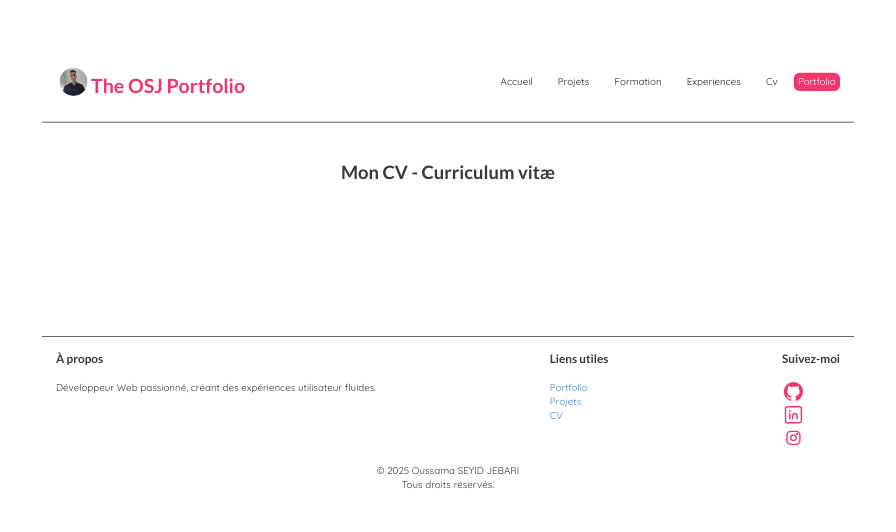
Repository: OussamSJ/Portfolio
Page: /cv
These files come from the project's save history. The page is drawn as it stood at one moment and after the next save; the edit follows.
The browser window is 1280 px wide. The pictures show the part of the page from y = 0 to 1920 px (the page is 760 px tall before and 2836 px after), at 70% of full size.
The project was rebuilt for these pictures with package versions that can differ from the ones it lists, and the page was loaded fresh each time. Also part of the build but not shown: src/BlogList.js, src/Random.js, src/Home.js, src/Expcomponent.js, src/Experiences.js, src/FormationComponent.js, src/Formation.js.

Above is the page before, as saved 2025-05-10 11:51:47.

### public/index.html
<!DOCTYPE html>
<html lang="en">
  <head>
    <meta charset="utf-8" />
    <link rel="icon" href="%PUBLIC_URL%/Logo-Devloper.png" />
    <meta name="viewport" content="width=device-width, initial-scale=1" />
    <meta name="theme-color" content="#000000" />
    <meta
      name="description"
      content="Web site created using create-react-app"
    />
    <link rel="apple-touch-icon" href="%PUBLIC_URL%/logo192.png" />
    <!--
      manifest.json provides metadata used when your web app is installed on a
      user's mobile device or desktop. See https://developers.google.com/web/fundamentals/web-app-manifest/
    -->
    <link rel="manifest" href="%PUBLIC_URL%/manifest.json" />
    <!--
      Notice the use of %PUBLIC_URL% in the tags above.
      It will be replaced with the URL of the `public` folder during the build.
      Only files inside the `public` folder can be referenced from the HTML.

      Unlike "/favicon.ico" or "favicon.ico", "%PUBLIC_URL%/favicon.ico" will
      work correctly both with client-side routing and a non-root public URL.
      Learn how to configure a non-root public URL by running `npm run build`.
    -->
    <title>Portfolio App</title>
  </head>
  <body>
    <noscript>You need to enable JavaScript to run this app.</noscript>
    <div id="root"></div>
    <!--
      This HTML file is a template.
      If you open it directly in the browser, you will see an empty page.

      You can add webfonts, meta tags, or analytics to this file.
      The build step will place the bundled scripts into the <body> tag.

      To begin the development, run `npm start` or `yarn start`.
      To create a production bundle, use `npm run build` or `yarn build`.
    -->
  </body>
</html>

### src/index.js
import React from 'react';
import ReactDOM from 'react-dom/client';
import './index.css';
import App from './App';
import reportWebVitals from './reportWebVitals';
import 'semantic-ui-css/semantic.min.css'

const root = ReactDOM.createRoot(document.getElementById('root'));
root.render(
  <React.StrictMode>
    <App />
  </React.StrictMode>
);

// If you want to start measuring performance in your app, pass a function
// to log results (for example: reportWebVitals(console.log))
// or send to an analytics endpoint. Learn more: https://bit.ly/CRA-vitals
reportWebVitals();

### src/index.css
@import url('https://fonts.googleapis.com/css2?family=Quicksand:wght@300;400;500;600;700&display=swap');
@tailwind base;
@tailwind components;
@tailwind utilities;

/* base styles */
* {
  margin: 0;
  font-family: -apple-system, BlinkMacSystemFont, 'Segoe UI', 'Roboto', 'Oxygen',
    'Ubuntu', 'Cantarell', 'Fira Sans', 'Droid Sans', 'Helvetica Neue',
    sans-serif;
  -webkit-font-smoothing: antialiased;
  -moz-osx-font-smoothing: grayscale;
  font-family: "Quicksand";
  color: #3b3737;
}

code {
  font-family: source-code-pro, Menlo, Monaco, Consolas, 'Courier New',
    monospace;
}
.navbar {
  padding: 20px;
  display: flex;
  align-items: center;
  max-width: 1200px;
  margin: 0 auto;
  border-bottom: 1px solid #212020;

}
.navbar h1 {
  color: #f1356d;
}
.navbar .links {
  margin-left: auto;
}
.navbar a {
  margin-left: 16px;
  text-decoration: none;
  padding: 6px;
}
.navbar img {
 width: 40px;
 height: 40px;
 margin: 5px ;
 object-fit: cover;       /* remplit et rogne si besoin */
 border-radius: 50%;      /* transforme le carré en cercle */
 display: block;
}
.navbar a:hover {
  color: #f1356d;
}


/* Responsive: cache les liens sur mobile */
.desktop-only {
  display: flex;
}

.mobile-toggle {
  display: none;
  margin-left: auto;
  cursor: pointer;
}

/* Responsive behavior */
@media (max-width: 768px) {
  .desktop-only {
    display: none;
  }

  .mobile-toggle {
    display: block;
  }
}
.content {
  max-width: 1200px;
  margin: 40px auto;
  padding: 20px;
}


.couverture {
  background-image:
  url("/public/couverture-portfolio.png");
background-size:cover;        /* couvre tout le conteneur sans déformation */
background-position: center;   /* centre l’image */
background-repeat: no-repeat;  /* pas de répétition */

height: 100%;
width: 100%;

color: white;
font-family: 'Orbitron', sans-serif; /* une police géométrique, proche de celle utilisée */
}





.couverture h1 {
  margin-top: 20px auto;
  margin-right: 50px;
  align-items: center;
  text-align: center;
  color: aliceblue;
text-align: right;
justify-self: right;
  font-family: 'Agrandir Grand', sans-serif; /* une police futuriste */
}








.portfolio-footer {
  justify-content: space-between;
  display: flex;
  padding: 20px;
  border-top: 1px solid #212020;
}

.card-title{
  margin-bottom:  20px;

  padding: 0;
  font-size: 1.2rem;

}
.social-links a{
  list-style: none;
  text-decoration: none;
  margin-left: auto;
  text-align: left;

}
.social-links img{
 width: 40%;
 height: 40%;
}


ul {
  list-style-type: none;
  padding: 0; /* Supprime le retrait par défaut */
  margin: 0;  /* Supprime la marge par défaut */
}
.social-links a:hover {
  color: #f1356d;
}

.footer-bottom {
  display: block;
  text-align: center;
  }

  ul li {
    text-align: left;

  }



  .not-found {
    justify-content: center;
    align-items: center;
    text-align: center;
    height: 50vh;
    margin-top: 200px;
    font-size: 3rem;
  }


  img-couverture {
    width: 100%;
    height: 100%;
    justify-content: flex-end;
    align-items: center;
    object-fit:fill; /* Remplit l'élément sans déformation */
    border-radius: 50%; /* Transforme le carré en cercle */
    display: flex;
  }

### src/App.js
import React from 'react';
import { BrowserRouter, Routes, Route } from 'react-router-dom';
import ReactDOM from 'react-dom/client';
import Home from './Home';
import Navbar from './Navbar'; // Si vous avez une barre de navigation
import Cv from './Cv'; // Si vous avez une page de CV
import Footbar from './Footbar';
import Experiences from './Experiences';
import Formation from './Formation';

function App() {
  return (
    <BrowserRouter>
      <div className="App">
        <div className='content'>
          <Routes>
            <Route path="/" element={<Home />} />
            <Route path="/cv" element={<Cv />} />
            <Route path="/experiences-professionnelle" element={<div ><Navbar/> <Experiences /><Footbar/></div>} />
            <Route path="/formation" element={<div ><Navbar/> <Formation /><Footbar/></div>} />
            <Route path="*" element={
              <div >
                <Navbar />
                <h1 className='not-found' >Page introuvable</h1>
                <Footbar />
              </div>
            } />
          </Routes>
        </div>
      </div>
    </BrowserRouter>
  );
}

export default App;

### src/Navbar.js
import React, { Component } from 'react';
import { Menu, MenuItem, MenuMenu, Icon, Sidebar, Segment } from 'semantic-ui-react';

class Navbar extends Component {
  state = {
    activeItem: 'home',
    sidebarVisible: false,
  };

  handleItemClick = (e, { name }) => this.setState({ activeItem: name });

  toggleSidebar = () => {
    this.setState(prev => ({ sidebarVisible: !prev.sidebarVisible }));
  };

  render() {
    const { activeItem, sidebarVisible } = this.state;

    return (
      <>
        {/* Top Nav */}
        <nav className="navbar">
          <img src="photo-portfolio.jpg" alt="logo" className="logo" />
          <h1>The OSJ Portfolio</h1>
          <div className="mobile-toggle" onClick={this.toggleSidebar}>
            <Icon name="bars" size="large" />
          </div>
          <div className="links desktop-only">
            <Menu secondary>
              <MenuItem name='accueil' active={activeItem === 'accueil'} onClick={this.handleItemClick} as="a" href="/" />
              <MenuItem name='projets' active={activeItem === 'projets'} onClick={this.handleItemClick} as="a" href="/projets" />
              <MenuItem name='formation' active={activeItem === 'formation'} onClick={this.handleItemClick} as="a" href="/formation" />
              <MenuItem name='expériences' active={activeItem === 'expériences'} onClick={this.handleItemClick} as="a" href="/experiences-professionnelle" />
              <MenuItem name='cv' active={activeItem === 'cv'} onClick={this.handleItemClick} as="a" href="/cv" />
              <MenuMenu position='right'>
                <MenuItem
                  name='portfolio'
                  active={activeItem === 'portfolio'}
                  onClick={this.handleItemClick}
                  as="a"
                  href="/"
                  style={{
                    color: 'white',
                    backgroundColor: '#f1356d',
                    borderRadius: '8px',
                    padding: '6px',
                  }}
                />
              </MenuMenu>
            </Menu>
          </div>
        </nav>

        {/* Sidebar for mobile */}
        <Sidebar
          as={Menu}
          animation='overlay'
          icon='labeled'
          inverted
          vertical
          visible={sidebarVisible}
          width='thin'
          direction='right'
        >
          <MenuItem as="a" href="/" onClick={this.toggleSidebar}>Accueil</MenuItem>
          <MenuItem as="a" href="/projets" onClick={this.toggleSidebar}>Projets</MenuItem>
          <MenuItem as="a" href="/formation" onClick={this.toggleSidebar}>Formation</MenuItem>
          <MenuItem as="a" href="/experiences-professionnelle" onClick={this.toggleSidebar}>Expériences</MenuItem>
          <MenuItem as="a" href="/cv" onClick={this.toggleSidebar}>CV</MenuItem>
          <MenuItem as="a" href="/" onClick={this.toggleSidebar} style={{ backgroundColor: '#f1356d', color: 'white', borderRadius: '8px' }}>Portfolio</MenuItem>
        </Sidebar>
      </>
    );
  }
}

export default Navbar;

### src/Cv.js
import Navbar from "./Navbar";
import Footbar from "./Footbar";

const Cv = () => {
  return (
    <div className="CV">
      <Navbar />
      <h1 className="text-3xl font-bold text-center mb-8"> <br/>Mon CV - Curriculum vitæ</h1>

      <div style={{ height: '100%', padding: '20px' }}>
        <iframe
          src="cv.pdf" // Placez le fichier dans le dossier `public/`
          width="100%"
          height="100%"
          title="CV PDF"
          style={{ border: 'none', display: 'block', margin: '0 auto' ,  maxWidth: '100%', maxHeight: '100%'}}
        />
      </div>

      <Footbar />
    </div>
  );
};

export default Cv;

### src/Footbar.js

const Footbar = () => {
  return (
  <div className="footbar">
   <footer class="portfolio-footer">

    <div class="card-deck">
    <div class="card">
      <div class="card-body">
        <h4 class="card-title">À propos</h4>
        <p class="card-text">Développeur Web passionné, créant des expériences utilisateur fluides.</p>
      </div>
    </div>
    </div>

    <div class="card-deck">
    <div class="card">
      <div class="card-body">
        <h4 class="card-title">Liens utiles</h4>
        <ul class="social-links" >
        <li><a href="#">Portfolio</a></li>
        <li><a href="#">Projets</a></li>
        <li><a href="#">CV</a></li>
      </ul>
      </div>
    </div>
    </div>

    <div class="card-deck">
    <div class="card">
      <div class="card-body">
        <h4 class="card-title">Suivez-moi</h4>
        <ul class="social-links">
        <li><a href="https://github.com/OussamSJ#"> <img  src="github.svg"  alt="GitHub"></img></a></li>
        <li><a href="https://www.linkedin.com/in/oussama-sj/  "> <img src="linkedin.svg" alt="LinkedIn"></img></a></li>
        <li><a href="https://www.instagram.com/oussama.sj/"> <img src="instagram.svg" alt="Instagram"></img></a></li>
      </ul>
      </div>
    </div>
    </div>

   </footer>
    <div class="footer-bottom">
    <p>© 2025 Oussama SEYID JEBARI <br/> Tous droits réservés.</p>
    </div>

  </div>

  );
}

export default Footbar;

### tailwind.config.js
/** @type {import('tailwindcss').Config} */
module.exports = {
  content: [  "./src/**/*.{js,ts,jsx,tsx}",],
  theme: {
    extend: {
      colors: {
        primary: '#f1356d', // Exemple
      },
    },
  },
  plugins: [],
}

Loaded but not shown: src/reportWebVitals.js (common file)

After the next save:
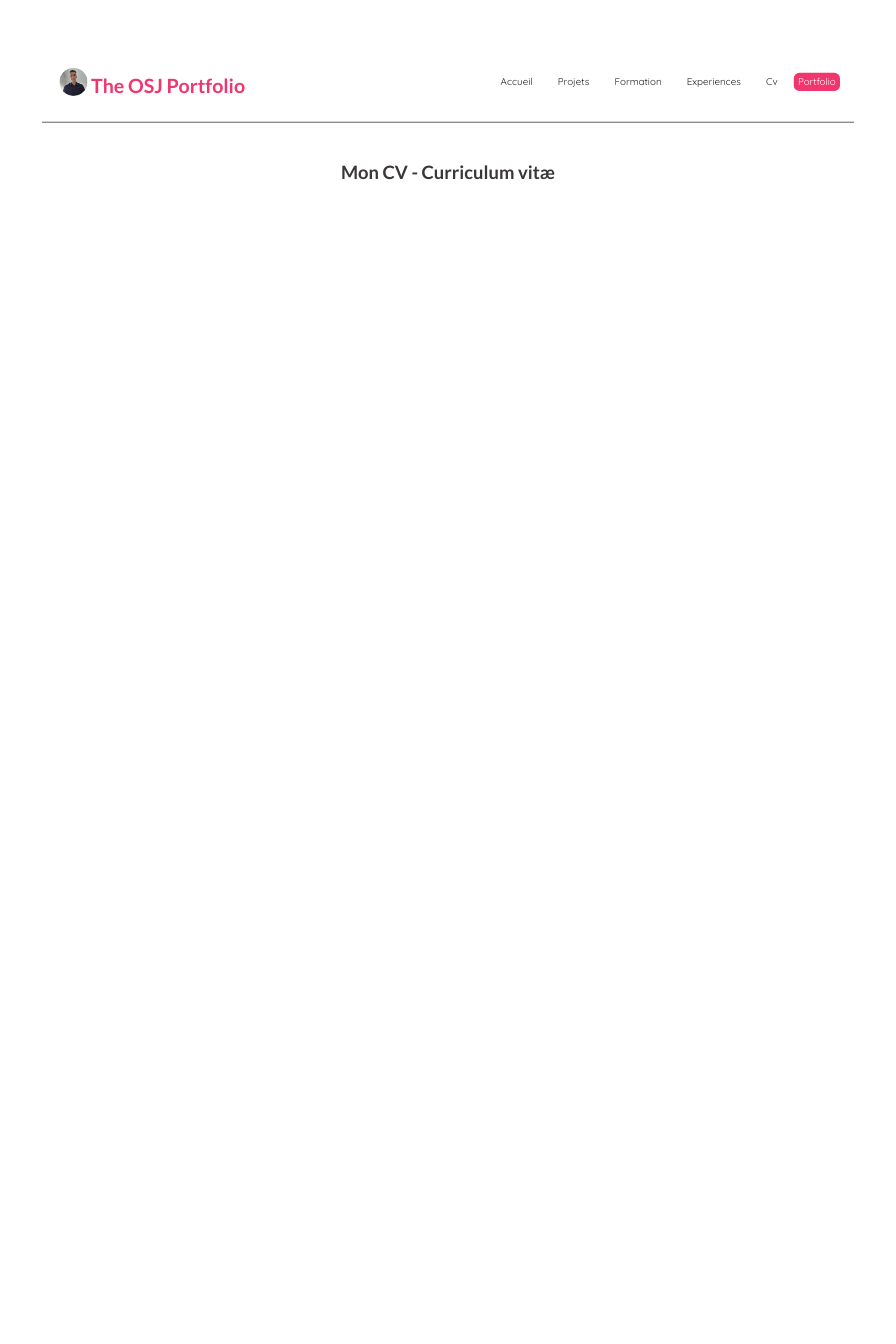
Saved 15 s later.
--- a/src/Cv.js
+++ b/src/Cv.js
@@ -7,7 +7,7 @@ const Cv = () => {
       <Navbar />
       <h1 className="text-3xl font-bold text-center mb-8"> <br/>Mon CV - Curriculum vitæ</h1>
 
-      <div style={{ height: '100%', padding: '20px' }}>
+      <div style={{ height: '320vh', padding: '20px' }}>
         <iframe
           src="cv.pdf" // Placez le fichier dans le dossier `public/`
           width="100%"
